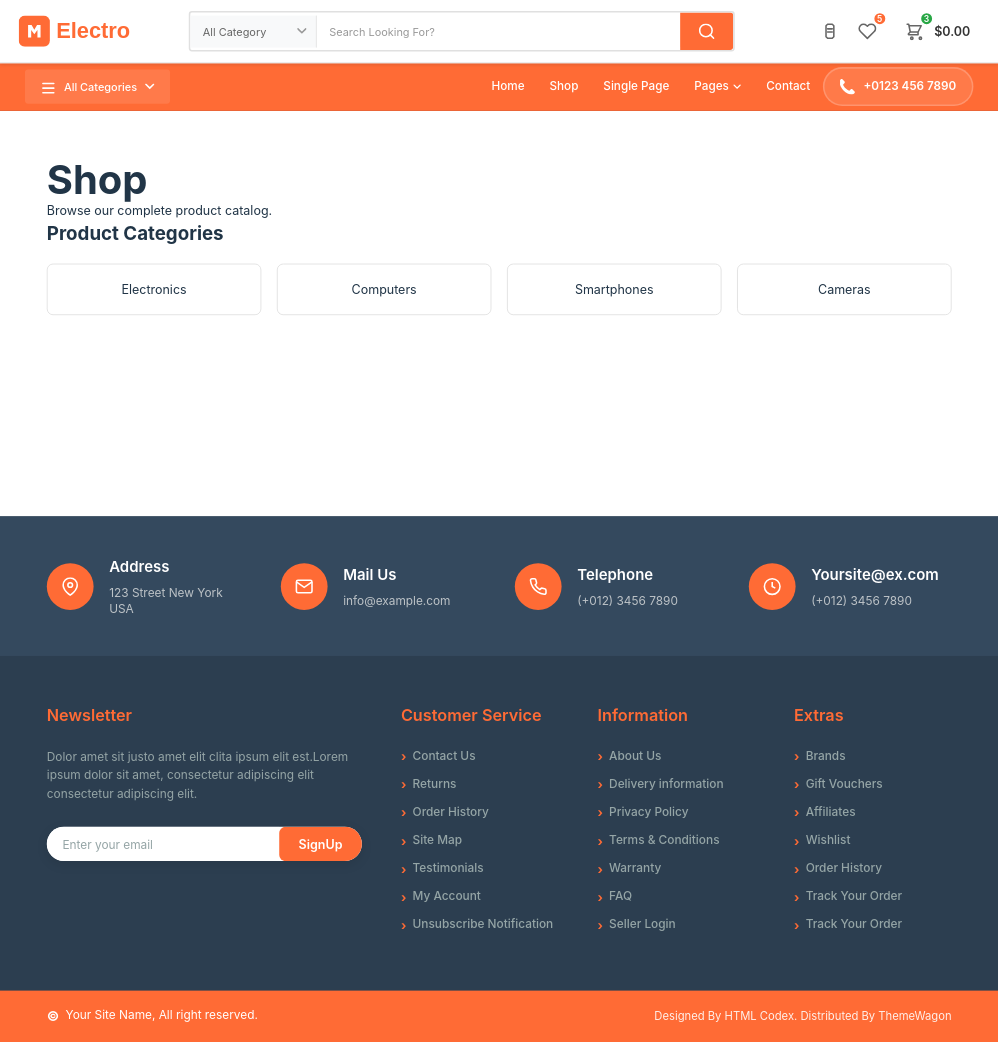
Repository: HoangKhangKhuPho4/react-electro-store
Page: /shop (app in my-react-app/)
The author's editor kept a copy of each file at every save. The page is drawn from the files as they stood at one save, then again after the next save.
The browser window is 1280 px wide. The pictures show the whole page, at 78% of full size.
The project was rebuilt for these pictures with package versions that can differ from the ones it lists, and the page was loaded fresh each time. Also part of the build but not shown: my-react-app/vite.config.js, my-react-app/src/pages/Home.jsx, my-react-app/src/pages/Contact.jsx, my-react-app/src/pages/About.jsx.

Above is the page before, as saved 2025-09-23 23:56:08.

### my-react-app/src/App.jsx
/**
 * MAIN APP COMPONENT
 *
 * Router setup cho toàn bộ application
 * TẤT CẢ pages sẽ tự động có Header, Navigation, Footer nhờ MainLayout
 */

import { BrowserRouter as Router, Routes, Route } from 'react-router-dom';
import "./App.css";

// Pages
import Home from './pages/Home';
import Shop from './pages/Shop';
import Contact from './pages/Contact';
import About from './pages/About';

function App() {
  return (
    <Router>
      <div className="app">
        <Routes>
          <Route path="/" element={<Home />} />
          <Route path="/shop" element={<Shop />} />
          <Route path="/contact" element={<Contact />} />
          <Route path="/about" element={<About />} />
        </Routes>
      </div>
    </Router>
  );
}

export default App;

### my-react-app/src/App.css
/* Global App Styles */
.app {
  min-height: 100vh;
  display: flex;
  flex-direction: column;
  width: 100%;
}

.main-content {
  flex: 1;
  padding: 20px 0;
  width: 100%;
}

.container {
  max-width: 1200px;
  margin: 0 auto;
  padding: 0 20px;
  width: 100%;
}

/* Global reset for better consistency */
* {
  margin: 0;
  padding: 0;
  box-sizing: border-box;
}

html,
body {
  width: 100%;
  overflow-x: hidden;
}

body {
  font-family: -apple-system, BlinkMacSystemFont, "Segoe UI", "Roboto", "Oxygen",
    "Ubuntu", "Cantarell", "Fira Sans", "Droid Sans", "Helvetica Neue",
    sans-serif;
  -webkit-font-smoothing: antialiased;
  -moz-osx-font-smoothing: grayscale;
  background-color: #f8f9fa;
  width: 100%;
}

/* Button reset */
button {
  font-family: inherit;
}

/* Link reset */
a {
  color: inherit;
  text-decoration: none;
}

/* Form elements reset */
input,
select,
textarea {
  font-family: inherit;
}

/* Responsive utilities */
@media (max-width: 768px) {
  .container {
    padding: 0 15px;
  }
}

@media (max-width: 480px) {
  .container {
    padding: 0 10px;
  }
}

### my-react-app/src/pages/Shop.jsx
/**
 * SHOP PAGE
 *
 * Product catalog với:
 * - Category filters
 * - Product grid
 * - Pagination
 */

import { MainLayout } from '../layouts';

const Shop = () => {
  return (
    <MainLayout>
      <div className="shop-page">
        <div className="container" style={{ padding: '40px 20px' }}>
          <h1>Shop</h1>
          <p>Browse our complete product catalog.</p>

          <div className="shop-content">
            <h2>Product Categories</h2>
            <div className="categories-grid" style={{
              display: 'grid',
              gridTemplateColumns: 'repeat(auto-fit, minmax(200px, 1fr))',
              gap: '20px',
              marginTop: '20px'
            }}>
              <div className="category-card" style={{
                padding: '20px',
                border: '1px solid #ddd',
                borderRadius: '8px',
                textAlign: 'center'
              }}>
                Electronics
              </div>
              <div className="category-card" style={{
                padding: '20px',
                border: '1px solid #ddd',
                borderRadius: '8px',
                textAlign: 'center'
              }}>
                Computers
              </div>
              <div className="category-card" style={{
                padding: '20px',
                border: '1px solid #ddd',
                borderRadius: '8px',
                textAlign: 'center'
              }}>
                Smartphones
              </div>
              <div className="category-card" style={{
                padding: '20px',
                border: '1px solid #ddd',
                borderRadius: '8px',
                textAlign: 'center'
              }}>
                Cameras
              </div>
            </div>
          </div>
        </div>
      </div>
    </MainLayout>
  );
};

export default Shop;

### my-react-app/src/layouts/MainLayout.jsx
import Header from '../components/Header';
import Navigation from '../components/Navigation';
import Footer from '../components/Footer';
import './MainLayout.css';

/**
 * MainLayout - Layout chính cho toàn bộ website
 *
 * Structure cố định:
 * 1. Header (Logo, Search, User Actions)
 * 2. Navigation (Menu categories, Main nav)
 * 3. Main Content (Dynamic - từ props children)
 * 4. Footer (Contact info, Links, Newsletter)
 *
 * Usage:
 * <MainLayout>
 *   <YourPageContent />
 * </MainLayout>
 */
const MainLayout = ({ children }) => {
  // 🔍 DEBUG: Xem children từ page nào được truyền vào
  console.log('=== MainLayout Debug ===');
  console.log('Children received:', children);
  console.log('Children type:', typeof children);
  console.log('Children is array?', Array.isArray(children));
  console.log('========================');

  return (
    <div className="main-layout">
      {/* ===== HEADER: Logo, Search, User Actions ===== */}
      <Header />

      {/* ===== NAVIGATION: Categories, Main Menu ===== */}
      <Navigation />

      {/* ===== MAIN CONTENT: Dynamic content từ children ===== */}
      <main className="main-content">
        {/*
          🎯 MAGIC HAPPENS HERE:
          - Khi Home.jsx: children = <Banner /> + <Features /> + <OurProducts />
          - Khi Shop.jsx: children = <ProductList /> + <Pagination />
          - Khi Contact.jsx: children = <ContactForm />
        */}
        {children}
      </main>

      {/* ===== FOOTER: Contact, Links, Newsletter ===== */}
      <Footer />
    </div>
  );
};

export default MainLayout;

### my-react-app/src/layouts/MainLayout.css
/* ===== MAIN LAYOUT STYLES ===== */

.main-layout {
  min-height: 100vh;
  display: flex;
  flex-direction: column;
  background: #fff;
}

/* ===== MAIN CONTENT AREA ===== */
.main-content {
  flex: 1; /* Đảm bảo content luôn đẩy footer xuống dưới */
  width: 100%;
  min-height: calc(100vh - 200px); /* Trừ đi chiều cao header + footer */
}

/* ===== RESPONSIVE ADJUSTMENTS ===== */
@media (max-width: 768px) {
  .main-content {
    min-height: calc(100vh - 150px);
  }
}

/* ===== LOADING STATE (Optional) ===== */
.main-layout.loading {
  opacity: 0.7;
  pointer-events: none;
}

/* ===== LAYOUT DEBUGGING (Development only) ===== */
/* Uncomment để debug layout structure */
/*
.main-layout > * {
  border: 2px solid red;
  margin: 2px;
}

.main-layout > header {
  border-color: blue !important;
}

.main-layout > nav {
  border-color: green !important;
}

.main-layout > main {
  border-color: purple !important;
}

.main-layout > footer {
  border-color: orange !important;
}
*/

### my-react-app/src/components/Header/Header.jsx
import SearchBar from "../Search/SearchBar";
import Logo from "../UI/Logo";
import UserActions from "../User/UserActions";
import "./Header.css";

const Header = () => {
  return (
    <header className="header">
      <div className="header-container">
        {/* Logo Section */}
        <div className="header-logo">
          <Logo />
        </div>

        {/* Search Section */}
        <div className="header-search">
          <SearchBar />
        </div>

        {/* User Actions Section */}
        <div className="header-actions">
          <UserActions />
        </div>
      </div>
    </header>
  );
};

export default Header;

### my-react-app/src/components/Search/SearchBar.jsx
import { useState } from "react";
import "./SearchBar.css";

const SearchBar = () => {
  const [searchTerm, setSearchTerm] = useState("");
  const [selectedCategory, setSelectedCategory] = useState("All Category");

  const categories = [
    "All Category",
    "Electronics",
    "Computers",
    "Smartphones",
    "Cameras",
    "Audio",
    "Gaming",
    "Home & Garden",
  ];

  const handleSearch = (e) => {
    e.preventDefault();
    console.log("Searching for:", searchTerm, "in category:", selectedCategory);
    // Implement search logic here
  };

  return (
    <div className="search-bar">
      <form className="search-form" onSubmit={handleSearch}>
        <div className="search-container">
          {/* Category Dropdown */}
          <div className="category-dropdown">
            <select
              value={selectedCategory}
              onChange={(e) => setSelectedCategory(e.target.value)}
              className="category-select"
            >
              {categories.map((category) => (
                <option key={category} value={category}>
                  {category}
                </option>
              ))}
            </select>
            <svg
              className="dropdown-icon"
              width="12"
              height="8"
              viewBox="0 0 12 8"
              fill="none"
            >
              <path
                d="M1 1L6 6L11 1"
                stroke="#999"
                strokeWidth="2"
                strokeLinecap="round"
                strokeLinejoin="round"
              />
            </svg>
          </div>

          {/* Search Input */}
          <input
            type="text"
            value={searchTerm}
            onChange={(e) => setSearchTerm(e.target.value)}
            placeholder="Search Looking For?"
            className="search-input"
          />

          {/* Search Button */}
          <button type="submit" className="search-button">
            <svg width="20" height="20" viewBox="0 0 20 20" fill="none">
              <path
                d="M9 17C13.4183 17 17 13.4183 17 9C17 4.58172 13.4183 1 9 1C4.58172 1 1 4.58172 1 9C1 13.4183 4.58172 17 9 17Z"
                stroke="white"
                strokeWidth="2"
                strokeLinecap="round"
                strokeLinejoin="round"
              />
              <path
                d="M19 19L14.65 14.65"
                stroke="white"
                strokeWidth="2"
                strokeLinecap="round"
                strokeLinejoin="round"
              />
            </svg>
          </button>
        </div>
      </form>
    </div>
  );
};

export default SearchBar;

### my-react-app/src/components/Header/Header.css
.header {
  background: white;
  border-bottom: 1px solid #e0e0e0;
  position: sticky;
  top: 0;
  z-index: 1000;
  box-shadow: 0 2px 4px rgba(0, 0, 0, 0.1);
  width: 100%;
}

.header-container {
  width: 100%;
  max-width: none;
  margin: 0;
  padding: 0 1.5rem;
  display: grid;
  grid-template-columns: minmax(180px, 1fr) minmax(450px, 4fr) minmax(
      280px,
      1.2fr
    );
  align-items: center;
  height: 80px;
  gap: 1rem;
}

/* Khu vực 1: Logo (Trái) */
.header-logo {
  display: flex;
  align-items: center;
  justify-content: flex-start;
  width: 100%;
}

/* Khu vực 2: Search (Giữa) */
.header-search {
  display: flex;
  align-items: center;
  justify-content: center;
  width: 100%;
}

/* Khu vực 3: Actions (Phải) */
.header-actions {
  display: flex;
  align-items: center;
  justify-content: flex-end;
  width: 100%;
}

/* Responsive Design */
@media (max-width: 1200px) {
  .header-container {
    padding: 0 1.5rem;
    gap: 1.5rem;
    grid-template-columns: 1fr 2fr 1fr;
  }
}

@media (max-width: 1024px) {
  .header-container {
    padding: 0 1rem;
    gap: 1rem;
    grid-template-columns: 1fr 2fr 1fr;
  }
}

@media (max-width: 768px) {
  .header {
    position: relative;
  }

  .header-container {
    display: flex;
    flex-wrap: wrap;
    height: auto;
    padding: 15px;
    gap: 15px;
  }

  .header-logo {
    order: 1;
    flex: 0 0 auto;
    justify-content: flex-start;
  }

  .header-actions {
    order: 2;
    flex: 0 0 auto;
    justify-content: flex-end;
  }

  .header-search {
    order: 3;
    width: 100%;
    flex: 1 1 100%;
  }
}

@media (max-width: 768px) {
  .header {
    position: relative;
  }

  .header-container {
    flex-wrap: wrap;
    height: auto;
    padding: 15px;
    gap: 15px;
  }

  .header-logo {
    order: 1;
  }

  .header-actions {
    order: 2;
  }

  .header-search {
    order: 3;
    width: 100%;
    max-width: none;
  }
}

@media (max-width: 480px) {
  .header-container {
    padding: 10px;
    gap: 10px;
  }

  .header-logo .logo-text {
    font-size: 20px;
  }
}

/* Visual separation for debugging (optional)
.header-container.debug {
  background: linear-gradient(90deg,
    rgba(255,0,0,0.1) 0%,
    rgba(255,0,0,0.1) 33.33%,
    rgba(0,255,0,0.1) 33.33%,
    rgba(0,255,0,0.1) 66.66%,
    rgba(0,0,255,0.1) 66.66%,
    rgba(0,0,255,0.1) 100%
  );
}
*/

/* Ensure proper alignment */
.header-logo > * {
  width: auto;
  flex-shrink: 0;
}

.header-search > * {
  width: 100%;
  margin: 0;
  max-width: none;
}

.header-actions > * {
  width: auto;
  flex-shrink: 0;
}

/* Animation for sticky header */
.header.scrolled {
  background: rgba(255, 255, 255, 0.95);
  backdrop-filter: blur(10px);
}

.header-container > * {
  transition: all 0.3s ease;
}

### my-react-app/src/components/Search/SearchBar.css
.search-bar {
  width: 100%;
  max-width: none;
  margin: 0;
  display: flex;
  justify-content: center;
}

.search-form {
  width: 100%;
  max-width: 700px;
  margin: 0 auto;
}

.search-container {
  display: flex;
  align-items: center;
  background: white;
  border: 2px solid #e0e0e0;
  border-radius: 4px;
  overflow: hidden;
  transition: border-color 0.3s ease;
  width: 100%;
}

.search-container:focus-within {
  border-color: #ff6b35;
}

.category-dropdown {
  position: relative;
  background: #f8f9fa;
  border-right: 1px solid #e0e0e0;
}

.category-select {
  appearance: none;
  background: transparent;
  border: none;
  padding: 12px 40px 12px 16px;
  font-size: 14px;
  color: #666;
  cursor: pointer;
  outline: none;
  min-width: 140px;
}

.dropdown-icon {
  position: absolute;
  right: 12px;
  top: 50%;
  transform: translateY(-50%);
  pointer-events: none;
}

.search-input {
  flex: 1;
  border: none;
  padding: 12px 16px;
  font-size: 14px;
  outline: none;
  background: transparent;
}

.search-input::placeholder {
  color: #999;
}

.search-button {
  background: #ff6b35;
  border: none;
  padding: 14px 24px;
  cursor: pointer;
  transition: background-color 0.3s ease;
  display: flex;
  align-items: center;
  justify-content: center;
  border-radius: 0 4px 4px 0;
}

.search-button:hover {
  background: #e55a2b;
}

/* Responsive */
@media (max-width: 768px) {
  .search-bar {
    margin: 10px 0;
    order: 3;
    width: 100%;
  }

  .category-dropdown {
    display: none;
  }

  .search-container {
    border-radius: 20px;
  }

  .search-input {
    padding: 10px 16px;
    font-size: 16px;
  }

  .search-button {
    padding: 10px 16px;
  }
}

### my-react-app/src/components/UI/Logo/Logo.jsx
import "./Logo.css";

const Logo = () => {
  return (
    <div className="logo">
      <a href="/" className="logo-link">
        <div className="logo-icon">
          <svg
            width="40"
            height="40"
            viewBox="0 0 40 40"
            fill="none"
            xmlns="http://www.w3.org/2000/svg"
          >
            <rect width="40" height="40" rx="8" fill="#FF6B35" />
            <path
              d="M12 28V12H16.5L20 18L23.5 12H28V28H24V18.5L20 24L16 18.5V28H12Z"
              fill="white"
            />
          </svg>
        </div>
        <span className="logo-text">Electro</span>
      </a>
    </div>
  );
};

export default Logo;

### my-react-app/src/components/User/UserActions.css
.user-actions {
  display: flex;
  align-items: center;
  justify-content: flex-end;
  gap: 8px;
  width: 100%;
  min-width: fit-content;
  padding-right: 0;
}

.action-item {
  position: relative;
  display: flex;
  align-items: center;
}

.action-button {
  background: none;
  border: none;
  cursor: pointer;
  padding: 8px;
  border-radius: 50%;
  transition: all 0.3s ease;
  color: #666;
  position: relative;
  display: flex;
  align-items: center;
  justify-content: center;
  min-width: 40px;
  min-height: 40px;
}

.action-button:hover {
  background: #f5f5f5;
  color: #ff6b35;
}

.badge {
  position: absolute;
  top: -5px;
  right: -5px;
  background: #ff6b35;
  color: white;
  border-radius: 50%;
  width: 18px;
  height: 18px;
  font-size: 11px;
  font-weight: 600;
  display: flex;
  align-items: center;
  justify-content: center;
  border: 2px solid white;
}

.cart-item {
  display: flex;
  align-items: center;
  gap: 6px;
  padding: 8px 12px;
  border-radius: 20px;
  transition: background-color 0.3s ease;
}

.cart-item:hover {
  background: #f8f9fa;
}

.cart-button {
  padding: 4px;
}

.cart-badge {
  background: #28a745;
}

.cart-info {
  display: flex;
  flex-direction: column;
}

.cart-total {
  font-weight: 600;
  color: #333;
  font-size: 16px;
}

/* Responsive */
@media (max-width: 768px) {
  .user-actions {
    gap: 10px;
  }

  .cart-info {
    display: none;
  }

  .action-button {
    padding: 6px;
  }

  .badge {
    width: 16px;
    height: 16px;
    font-size: 10px;
  }
}

@media (max-width: 480px) {
  .user-actions {
    gap: 5px;
  }

  .action-item:first-child {
    display: none; /* Hide compare on very small screens */
  }
}

### my-react-app/src/components/UI/Logo/Logo.css
.logo {
  display: flex;
  align-items: center;
  gap: 8px;
  width: 100%;
  min-width: fit-content;
  flex-shrink: 0;
}

.logo-link {
  display: flex;
  align-items: center;
  gap: 8px;
  text-decoration: none;
  color: inherit;
}

.logo-icon {
  display: flex;
  align-items: center;
  justify-content: center;
}

.logo-text {
  font-size: 28px;
  font-weight: 700;
  color: #ff6b35;
  font-family: "Arial", sans-serif;
}

.logo-link:hover .logo-text {
  color: #e55a2b;
}

@media (max-width: 768px) {
  .logo-text {
    font-size: 24px;
  }
}

Loaded but not shown: my-react-app/index.html (common file); my-react-app/src/main.jsx (common file); my-react-app/src/index.css (common file); my-react-app/src/components/Header/index.js (common file); my-react-app/src/components/Navigation/index.js (common file); my-react-app/src/components/Footer/index.js (common file); my-react-app/src/components/UI/Logo/index.js (common file); my-react-app/src/layouts/index.js (20 lines, source omitted); my-react-app/src/components/Footer/Footer.jsx (195 lines, source omitted); my-react-app/src/components/Navigation/Navigation.jsx (174 lines, source omitted); my-react-app/src/components/Navigation/Navigation.css (282 lines, source omitted); my-react-app/src/components/Footer/Footer.css (260 lines, source omitted); my-react-app/src/components/User/UserActions.jsx (75 lines, source omitted)

After the next save:
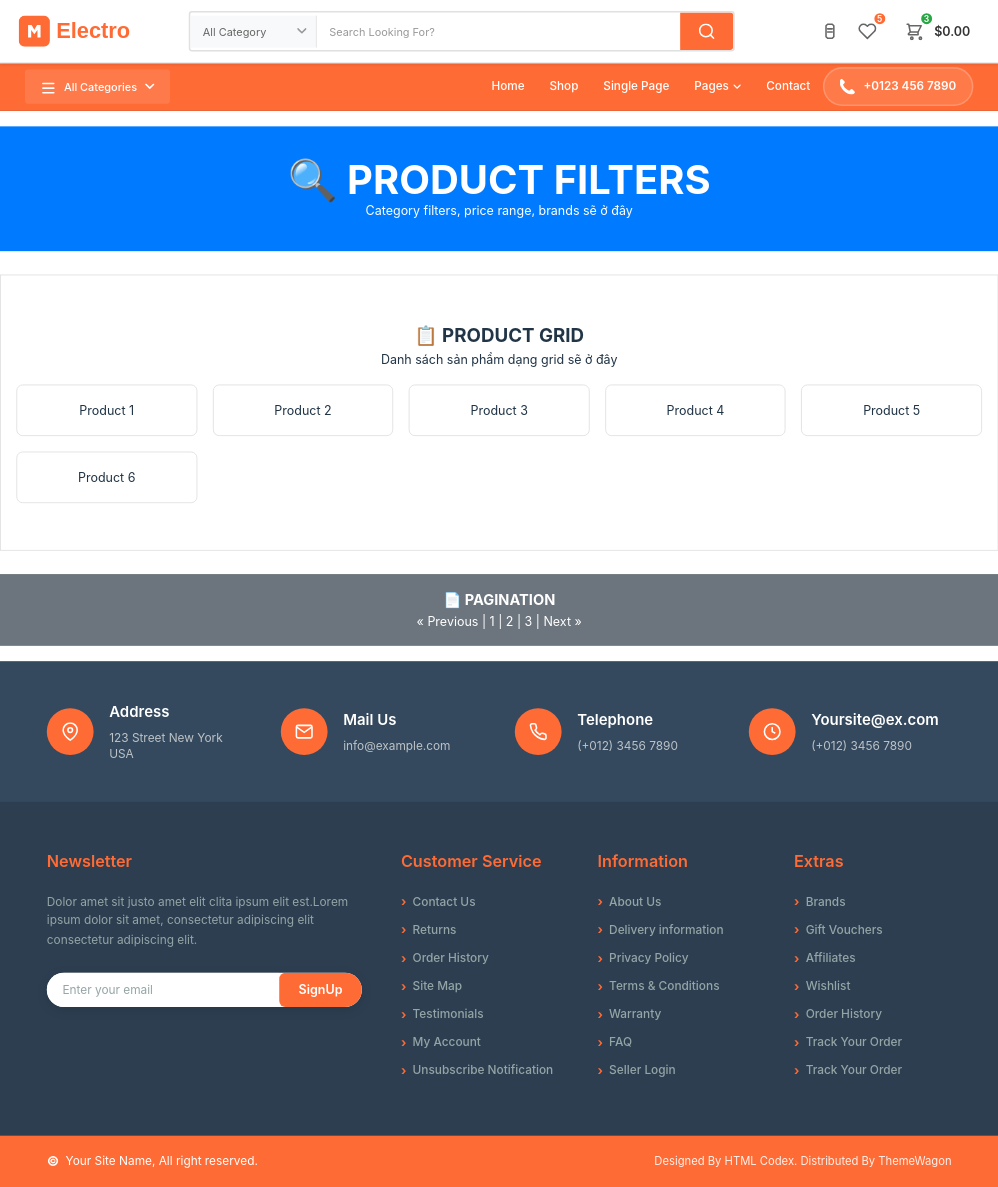
Saved 22 s later.
--- a/my-react-app/src/pages/Shop.jsx
+++ b/my-react-app/src/pages/Shop.jsx
@@ -10,56 +10,67 @@
 import { MainLayout } from '../layouts';
 
 const Shop = () => {
+  console.log('🛒 Shop.jsx: Chuẩn bị truyền children cho MainLayout');
+
   return (
     <MainLayout>
-      <div className="shop-page">
-        <div className="container" style={{ padding: '40px 20px' }}>
-          <h1>Shop</h1>
-          <p>Browse our complete product catalog.</p>
+      {/*
+        🎯 SHOP có children KHÁC với Home:
+        - Không có Banner
+        - Không có Features
+        - Có ProductFilters + ProductGrid
+      */}
 
-          <div className="shop-content">
-            <h2>Product Categories</h2>
-            <div className="categories-grid" style={{
-              display: 'grid',
-              gridTemplateColumns: 'repeat(auto-fit, minmax(200px, 1fr))',
-              gap: '20px',
-              marginTop: '20px'
+      {/* Component 1: Product Filters */}
+      <div style={{
+        background: '#007bff',
+        padding: '40px 20px',
+        color: 'white',
+        textAlign: 'center',
+        marginBottom: '30px'
+      }}>
+        <h1>🔍 PRODUCT FILTERS</h1>
+        <p>Category filters, price range, brands sẽ ở đây</p>
+      </div>
+
+      {/* Component 2: Product Grid */}
+      <div style={{
+        background: 'white',
+        padding: '60px 20px',
+        textAlign: 'center',
+        marginBottom: '30px',
+        border: '1px solid #ddd'
+      }}>
+        <h2>📋 PRODUCT GRID</h2>
+        <p>Danh sách sản phẩm dạng grid sẽ ở đây</p>
+        <div style={{
+          display: 'grid',
+          gridTemplateColumns: 'repeat(auto-fit, minmax(200px, 1fr))',
+          gap: '20px',
+          marginTop: '20px'
+        }}>
+          {[1,2,3,4,5,6].map(i => (
+            <div key={i} style={{
+              padding: '20px',
+              border: '1px solid #ddd',
+              borderRadius: '8px',
+              textAlign: 'center'
             }}>
-              <div className="category-card" style={{
-                padding: '20px',
-                border: '1px solid #ddd',
-                borderRadius: '8px',
-                textAlign: 'center'
-              }}>
-                Electronics
-              </div>
-              <div className="category-card" style={{
-                padding: '20px',
-                border: '1px solid #ddd',
-                borderRadius: '8px',
-                textAlign: 'center'
-              }}>
-                Computers
-              </div>
-              <div className="category-card" style={{
-                padding: '20px',
-                border: '1px solid #ddd',
-                borderRadius: '8px',
-                textAlign: 'center'
-              }}>
-                Smartphones
-              </div>
-              <div className="category-card" style={{
-                padding: '20px',
-                border: '1px solid #ddd',
-                borderRadius: '8px',
-                textAlign: 'center'
-              }}>
-                Cameras
-              </div>
+              Product {i}
             </div>
-          </div>
+          ))}
         </div>
+      </div>
+
+      {/* Component 3: Pagination */}
+      <div style={{
+        background: '#6c757d',
+        padding: '20px',
+        color: 'white',
+        textAlign: 'center'
+      }}>
+        <h3>📄 PAGINATION</h3>
+        <p>« Previous | 1 | 2 | 3 | Next »</p>
       </div>
     </MainLayout>
   );
